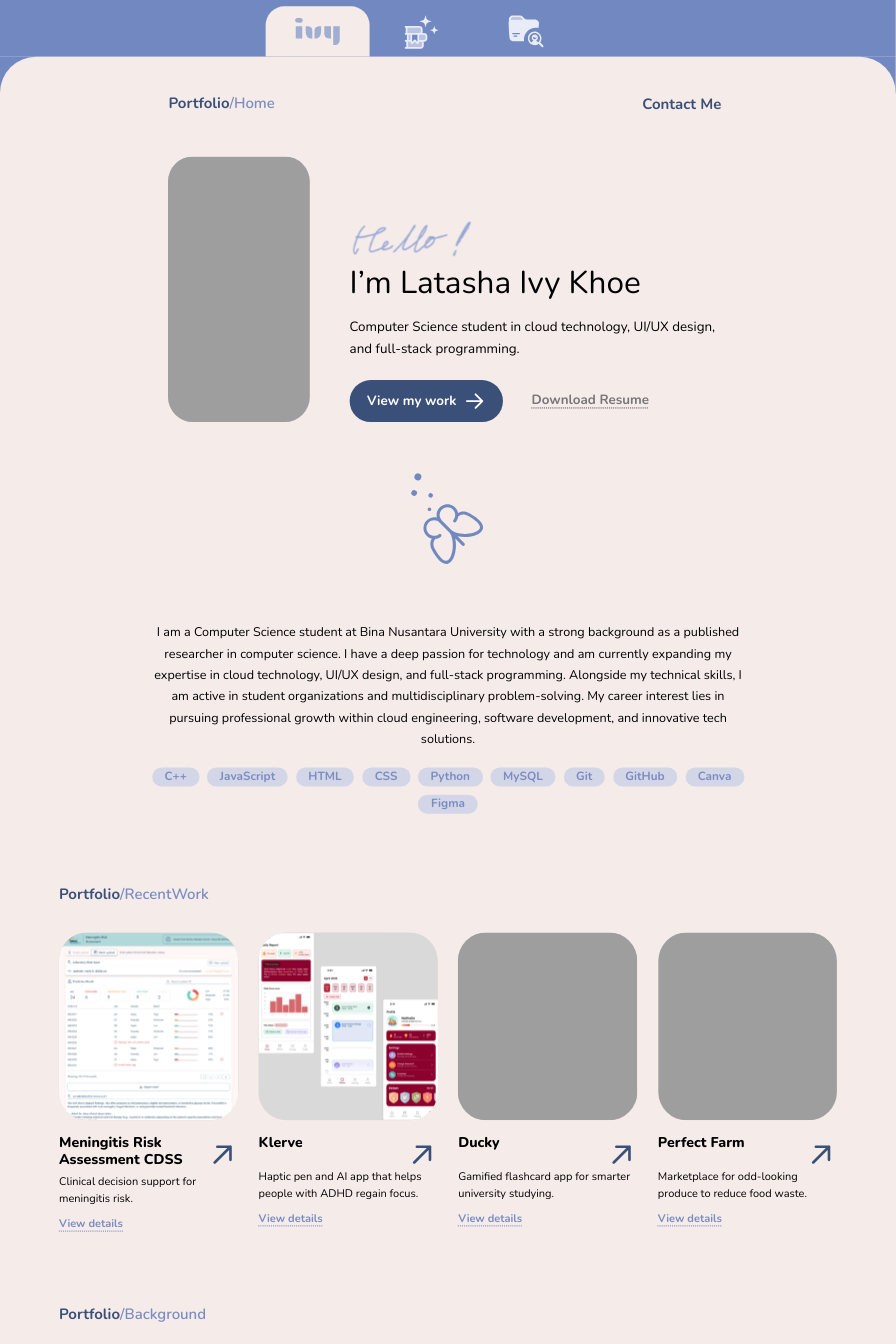
Repository: L-vy/L-vy
Page: /
An editor plug-in stored every save of this project. The page is shown before and after the next save, followed by the edit.
The browser window is 1280 px wide. The pictures show the part of the page from y = 0 to 1920 px (the page is 3226 px tall), at 70% of full size.
Pictures or frames that could not be fetched are drawn as grey boxes. Some web fonts or font styles are not loaded; a fallback is used. The project was rebuilt for these pictures with package versions that can differ from the ones it lists, and the page was loaded fresh each time. Also part of the build but not shown: vite.config.ts, src/components/ExperienceBinder.tsx, src/components/FolderCard.tsx, src/components/ProjectSidebar.tsx, src/pages/ProjectDetails.tsx.

Above is the page before, as saved 2026-10-07 21:20:34.

After the next save:
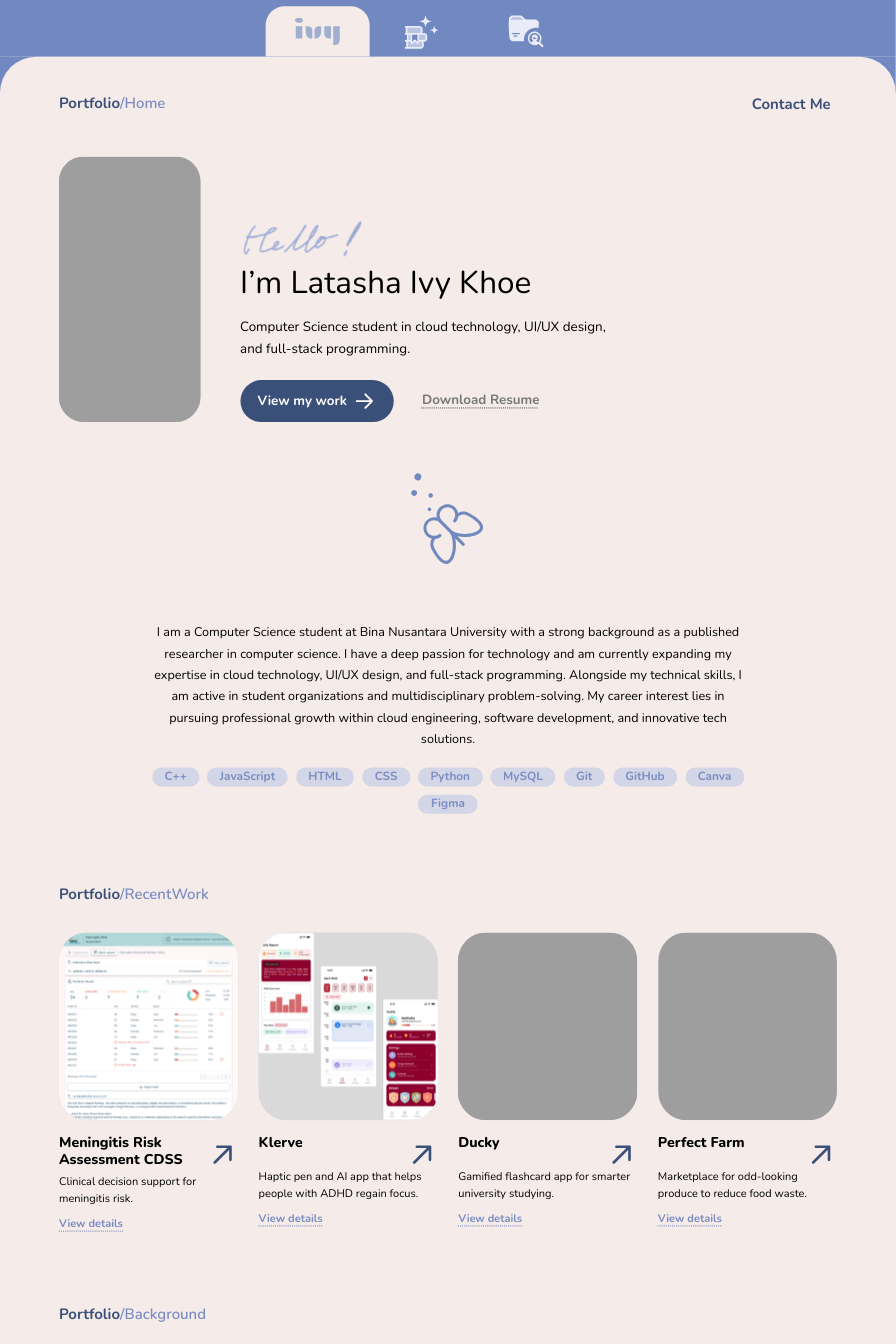
Saved 18 s later.
--- a/src/styles.css
+++ b/src/styles.css
@@ -17,7 +17,7 @@ img{max-width:100%}
 .nav-tab:hover{opacity:.8}
 .nav-tab.active{background:var(--cream);border-radius:1.5rem 1.5rem 0 0;color:var(--light);opacity:1}
 .nav-tab img{height:2.125rem}
-.page{position:relative;z-index:1;background:var(--cream);border-radius:2.875rem 2.875rem 0 0;padding:0 var(--gut);justify-content: center;display: flex;flex-direction: column;align-items: center;}
+.page{position:relative;z-index:1;background:var(--cream);border-radius:2.875rem 2.875rem 0 0;padding:0 var(--gut);justify-content: center;display: flex;flex-direction: column;}
 .section{padding-top:5.625rem}
 .hero{position:relative;padding-top:2.875rem}
 .hero-top{display:flex;justify-content:space-between;align-items:center}
